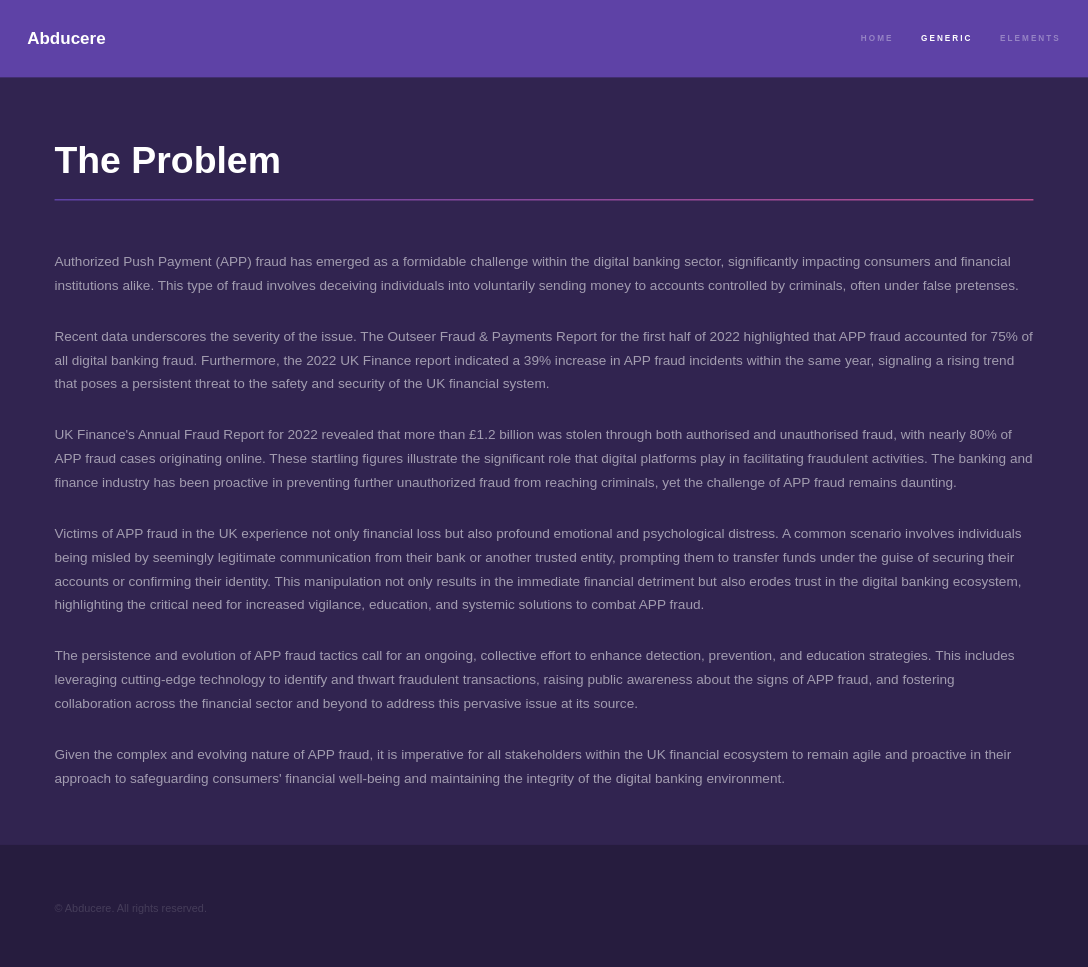
Repository: nocnoc94/nocnoc94.github.io
Page: the-problem.html
An editor plug-in stored every save of this project. The page is shown before and after a run of saves, followed by the edit.
The browser window is 1280 px wide. The pictures show the whole page, at 85% of full size.

Above is the page before, as saved 2024-02-23 16:22:09.

### the-problem.html
<!DOCTYPE HTML>
<html>

<head>
	<title>Abducere - The Problem</title>
	<meta charset="utf-8" />
	<meta name="viewport" content="width=device-width, initial-scale=1, user-scalable=no" />
	<link rel="stylesheet" href="/static/css/main.css" />
	<noscript>
		<link rel="stylesheet" href="/static/css/noscript.css" />
	</noscript>
</head>

<body class="is-preload">

	<!-- Header -->
	<header id="header">
		<a href="index.html" class="title">Abducere</a>
		<nav>
			<ul>
				<li><a href="index.html">Home</a></li>
				<li><a href="generic.html" class="active">Generic</a></li>
				<li><a href="elements.html">Elements</a></li>
			</ul>
		</nav>
	</header>

	<!-- Wrapper -->
	<div id="wrapper">

		<!-- Main -->
		<section id="main" class="wrapper">
			<div class="inner">
				<h1 class="major">The Problem</h1>
				<!-- <span class="image fit"><img src="/static/images/pic04.jpg" alt="" /></span> -->
				<p>Authorized Push Payment (APP) fraud has emerged as a formidable challenge within the
					digital banking sector, significantly impacting consumers and financial institutions alike. This
					type of fraud involves deceiving individuals into voluntarily sending money to accounts controlled
					by criminals, often under false pretenses.
				</p>
				<p>Recent data underscores the severity of the issue. The Outseer Fraud & Payments Report for the first
					half of 2022 highlighted that APP fraud accounted for 75% of all digital banking fraud. Furthermore,
					the 2022 UK Finance report indicated a 39% increase in APP fraud incidents within the same year,
					signaling a rising trend that poses a persistent threat to the safety and security of the UK
					financial system.
				</p>
				<p>UK Finance's Annual Fraud Report for 2022 revealed that more than £1.2 billion was stolen through
					both authorised and unauthorised fraud, with nearly 80% of APP fraud cases originating online. These
					startling figures illustrate the significant role that digital platforms play in facilitating
					fraudulent activities. The banking and finance industry has been proactive in preventing further
					unauthorized fraud from reaching criminals, yet the challenge of APP fraud remains
					daunting.
				</p>
				<p>Victims of APP fraud in the UK experience not only financial loss but also profound emotional and
					psychological distress. A common scenario involves individuals being misled by seemingly legitimate
					communication from their bank or another trusted entity, prompting them to transfer funds under the
					guise of securing their accounts or confirming their identity. This manipulation not only results in
					the immediate financial detriment but also erodes trust in the digital banking ecosystem,
					highlighting the critical need for increased vigilance, education, and systemic solutions to combat
					APP fraud.
				</p>
				<p>The persistence and evolution of APP fraud tactics call for an ongoing, collective effort to enhance
					detection, prevention, and education strategies. This includes leveraging cutting-edge technology to
					identify and thwart fraudulent transactions, raising public awareness about the signs of APP fraud,
					and fostering collaboration across the financial sector and beyond to address this pervasive issue
					at its source.
				</p>
				<p>Given the complex and evolving nature of APP fraud, it is imperative for all stakeholders within the
					UK financial ecosystem to remain agile and proactive in their approach to safeguarding consumers'
					financial well-being and maintaining the integrity of the digital banking environment.
				</p>
			</div>
		</section>

	</div>

	<!-- Footer -->
	<footer id="footer" class="wrapper alt">
		<div class="inner">
			<ul class="menu">
				<li>&copy; Abducere. All rights reserved.</li>
			</ul>
		</div>
	</footer>

	<!-- Scripts -->
	<script src="/static/js/jquery.min.js"></script>
	<script src="/static/js/jquery.scrollex.min.js"></script>
	<script src="/static/js/jquery.scrolly.min.js"></script>
	<script src="/static/js/browser.min.js"></script>
	<script src="/static/js/breakpoints.min.js"></script>
	<script src="/static/js/util.js"></script>
	<script src="/static/js/main.js"></script>

</body>

</html>

Loaded but not shown: static/js/jquery.min.js (library); static/js/jquery.scrollex.min.js (common file); static/js/jquery.scrolly.min.js (common file); static/js/browser.min.js (common file); static/js/breakpoints.min.js (common file); static/css/fontawesome-all.min.css (library); static/js/util.js (587 lines, source omitted); static/js/main.js (190 lines, source omitted); static/css/main.css (4007 lines, source omitted)

After the next 3 saves:
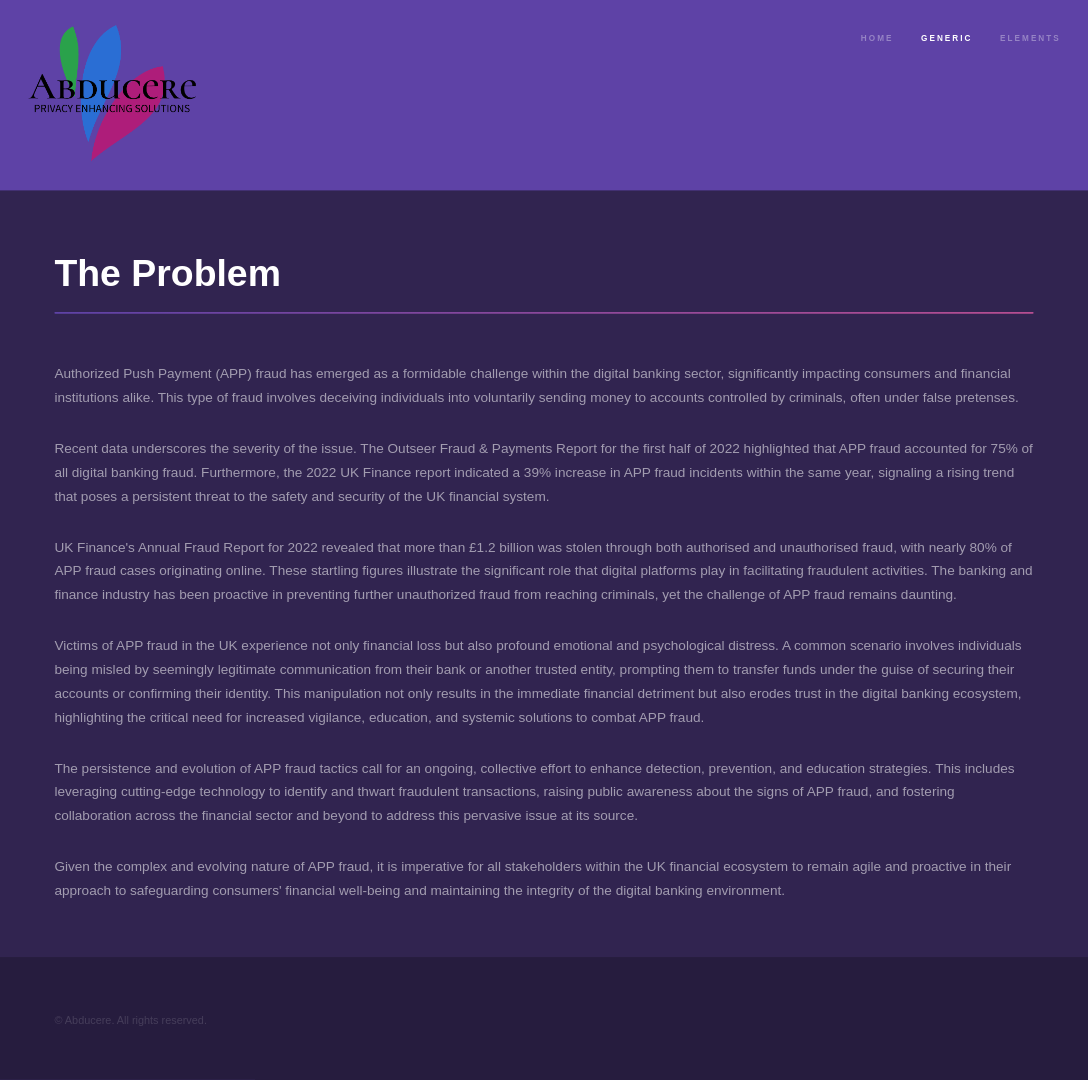
The 3 saves are shown as one change because they came seconds apart.
The last was saved 21 s later.
--- a/the-problem.html
+++ b/the-problem.html
@@ -15,7 +15,9 @@
 
 	<!-- Header -->
 	<header id="header">
-		<a href="index.html" class="title">Abducere</a>
+		<!-- <a href="index.html" class="title">Abducere</a> -->
+		<a id="headerLogo" class="image" href="index.html"><img src="/static/images/abducere-logo-1.png" alt=""
+				data-position="left left" /></a>
 		<nav>
 			<ul>
 				<li><a href="index.html">Home</a></li>
